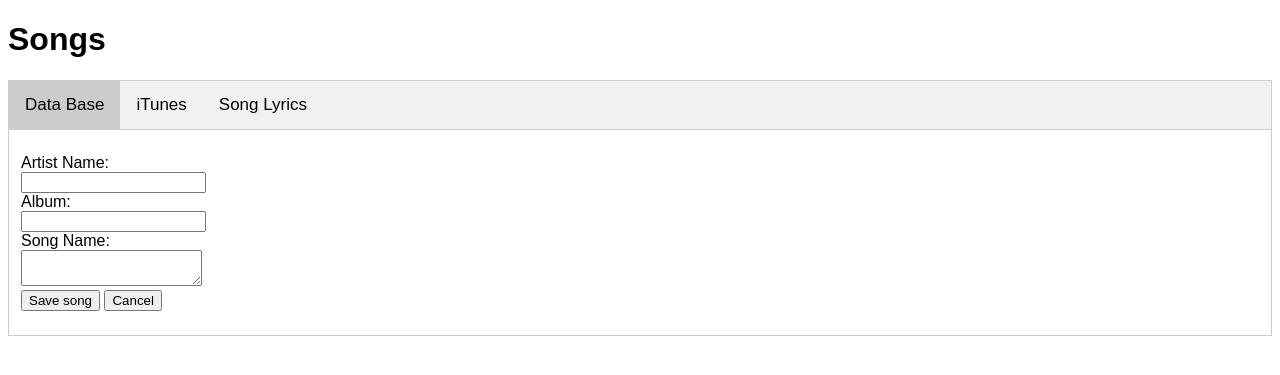
Repository: taudordenisa/proiect-cloud-computing
Page: frontend/index.html
The author's editor kept a record of every edit. The page is drawn from the files as they stood at one moment, then again after the next edit.
The browser window is 1280 px wide. The pictures show the whole page.
The page's requests for data from a server got no answer.

Above is the page before.

### frontend/index.html
<!DOCTYPE html>
<html>
    <head>
        <link rel="stylesheet" href="style.css" type="text/css"/>
        <title>Songs List</title>
    </head>
    <body>
        <h1>Songs</h1>
    </body>

    <div class="tab">
        <button class="tablinks active" onclick="openTab(event, 'dataBase')">Data Base</button>
        <button class="tablinks" onclick="openTab(event, 'iTunes')">iTunes</button>
        <button class="tablinks" onclick="openTab(event, 'lyrics')">Song Lyrics</button>
    </div>

    <div id="iTunes" class="tabcontent">
        <div class="row">
            <div class="column">
                Artist or Song Name<br/>
                <input type="text" name="searchValue" id="searchValue"/>
            </div>
            <div class="column">
                Results Number<br/>
                <input type="number" id="resultsNumber" name="resultsNumber" min="1" max="100">
            </div>
            <div class="column">
                <button onClick="dataPullITunes()">Search</button> <br/> <br/>
            </div>
        </div>
        <div id="tableITunes"></div>
    </div>

    <div id="lyrics" class="tabcontent">
        <div class="row">
            <div class="column">
                Artist Name<br/>
                <input type="text" name="artistLyrics" id="artistLyrics"/>
            </div>
            <div class="column">
                Song Title<br/>
                <input type="text" name="songLyrics" id="songLyrics"/>
            </div>
            <div class="column">
                <button onClick="dataPullLyrics()">Search</button> <br/> <br/>
            </div>
        </div>
        <div id="showLyrics"></div>
    </div>

    <div id="dataBase" class="tabcontent active" style="display: block">
        <form onSubmit="saveSong(event)">
            <input type="hidden" name="id" id="id"/> <br/>
            Artist Name:<br/>
            <input type="text" name="singer" id="singer"/> <br/>
            Album:<br/>
            <input type="text" name="album" id="album"> <br/>
            Song Name:<br/>
            <textarea name="name" id="name"></textarea> <br/>
            <input type="submit" value="Save song">
            <input type="reset" value="Cancel">
        </form>
        <br/>
        <div id="table"></div>
    </div>

    <script src="https://unpkg.com/axios/dist/axios.min.js"></script>

    <script
        src="https://code.jquery.com/jquery-3.3.1.min.js"
        integrity="sha256-FgpCb/KJQlLNfOu91ta32o/NMZxltwRo8QtmkMRdAu8="
        crossorigin="anonymous"></script>

    <script type="text/javascript">
        function openTab(evt, tabName) {
            var i, tabcontent, tablinks;
            tabcontent = document.getElementsByClassName("tabcontent");
            for (i = 0; i < tabcontent.length; i++) {
                tabcontent[i].style.display = "none";
            }
            tablinks = document.getElementsByClassName("tablinks");
            for (i = 0; i < tablinks.length; i++) {
                tablinks[i].className = tablinks[i].className.replace(" active", "");
            }
            document.getElementById(tabName).style.display = "block";
            evt.currentTarget.className += " active";
        }

        function dataPullITunes() {
            let searchValue = $('#searchValue').val()
            let resultsNumber = $('#resultsNumber').val()
            let urlEncoded = encodeURI("https://itunes.apple.com/search?term='" + searchValue + "'&limit=" + resultsNumber + "&media=music")
            axios.get(urlEncoded)
            .then(function(response) {
                let htmlITunes = ` <table >
                        <tr>
                            <th>Artist</th>
                            <th>Song Name</th>
                            <th>Collection</th>
                            <th>Country</th>
                            <th>Preview Song</th>
                        </tr>`

                response.data.results.forEach(function(song) {
                    htmlITunes += `<tr>
                                <td>${song.artistName}</td>
                                <td>${song.trackName}</td>
                                <td>${song.collectionName}</td>
                                <td>${song.country}</td>
                                <td>
                                    <audio controls>
                                        <source src="${song.previewUrl}" type="audio/mpeg">
                                        Your browser does not support the audio element.
                                    </audio>
                                </td>
                            </tr>`
                })

                htmlITunes += `</table>`

                $('#tableITunes').html(htmlITunes)
            })
            .catch(function(error) {
                console.log(error)
                $('#tableITunes').html(`<p>No items available! Please search for another song.</p>`)
            })
        }

        function dataPullLyrics() {
            let artist = $('#artistLyrics').val()
            let title = $('#songLyrics').val()
            axios.get("https://api.lyrics.ovh/v1/" + artist + "/" + title)
            .then(function(response) {
                let lyricsText = response.request.responseText
                let lyricsTextHtml = lyricsText.replace(/\\n/g, "<br/>")
                let lyricsJSON = JSON.parse(lyricsTextHtml)
                $('#showLyrics').html(`<p>${lyricsJSON.lyrics}</p>`)
            })
            .catch(function(error) {
                console.log(error)
                $('#showLyrics').html(`<p>No lyrics available! Please search for another song.</p>`)
            })
        }

        function showSongs() {
            axios.get('/songs').then(function(results) {

                let html = ` <table style="width:500px;">
                        <tr>
                            <th>ID</th>
                            <th>Artist Name</th>
                            <th>Album</th>
                            <th>Song Name</th>
                            <th>Actions</th>
                        </tr>`

                results.data.forEach(function(element) {
                    html += `<tr>
                                <td>${element.id}</td>
                                <td>${element.singer}</td>
                                <td>${element.album}</td>
                                <td>${element.name}</td>
                                <td>
                                    <button onClick="editSong(${element.id})">Edit</button>
                                    <button onClick="deleteSong(${element.id})">Delete</button>
                                </td>
                            </tr>`
                })

                html += `</table>`

                $('#table').html(html)
            }).catch(function(error) {
                console.log(error)
            })
        }

        function saveSong(event) {
            event.preventDefault()

            let id = $('#id').val()
            let singer = $('#singer').val()
            let album = $('#album').val()
            let name = $('#name').val()

            if(id) {
                axios.put('/songs/'+id, {
                    singer: singer,
                    album: album,
                    name: name
                }).then(function(result) {
                    showSongs()
                    $(event.target).trigger("reset")
                }).catch(function(err) {
                    alert('Resource could not be saved')
                })
            } else {
                axios.post('/songs', {
                    singer: singer,
                    album: album,
                    name: name
                }).then(function(result) {
                    showSongs()
                    $(event.target).trigger("reset")
                }).catch(function(err) {
                    alert('Resource could not be saved')
                })
            }
        }

        function editSong(id) {
            axios.get('/songs/'+id).then(function(result) {
                $('#id').val(result.data.id)
                $('#singer').val(result.data.singer)
                $('#album').val(result.data.album)
                $('#name').val(result.data.name)
            }).catch(function(error) {
                console.log(error)
                alert('Could not find resource')
            })
        }

        function deleteSong(id) {
            axios.delete('/songs/'+id).then(function(result) {
                showSongs()
            }).catch(function(error) {
                console.log(error)
                alert('Resource could not delete resource')
            })
        }

        $(document).ready(function() {
            showSongs()
        })
    </script>
</html>

### frontend/style.css
table {
    font-family: arial, sans-serif;
    border-collapse: collapse;
    width: 100%;
}

td, th {
    border: 1px solid #000;
    text-align: left;
    padding: 8px;
}

th {
    background-color: rgb(153, 235, 255);
}

tr:nth-child(even) {
    background-color: #dddddd;
}

body {font-family: Arial;}
.tab {
  overflow: hidden;
  border: 1px solid #ccc;
  background-color: #f1f1f1;
}

.tab button {
  background-color: inherit;
  float: left;
  border: none;
  outline: none;
  cursor: pointer;
  padding: 14px 16px;
  transition: 0.3s;
  font-size: 17px;
}

.tab button:hover {
  background-color: #ddd;
}

.tab button.active {
  background-color: #ccc;
}

.tabcontent {
  display: none;
  padding: 6px 12px;
  border: 1px solid #ccc;
  border-top: none;
}

After the next edit:
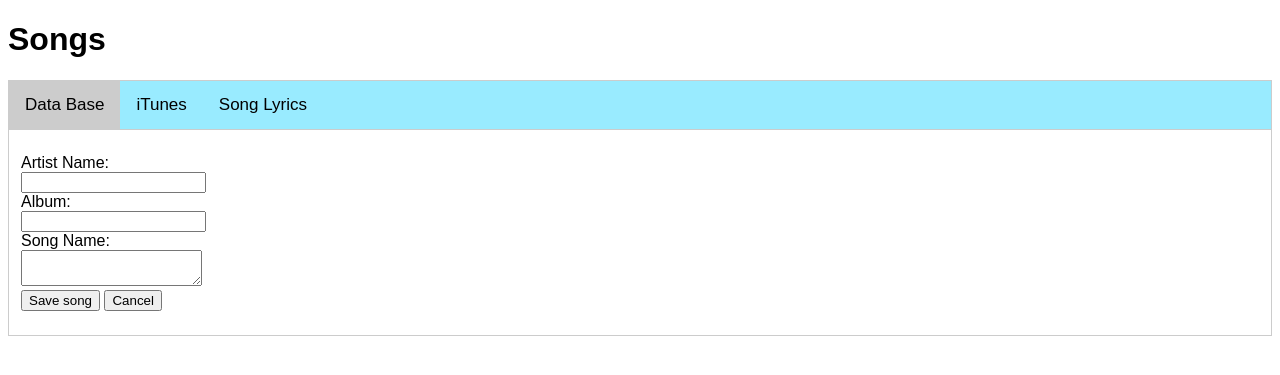
The edit:
--- a/frontend/style.css
+++ b/frontend/style.css
@@ -22,7 +22,7 @@
 .tab {
   overflow: hidden;
   border: 1px solid #ccc;
-  background-color: #f1f1f1;
+  background-color: rgb(153, 235, 255);
 }
 
 .tab button {
